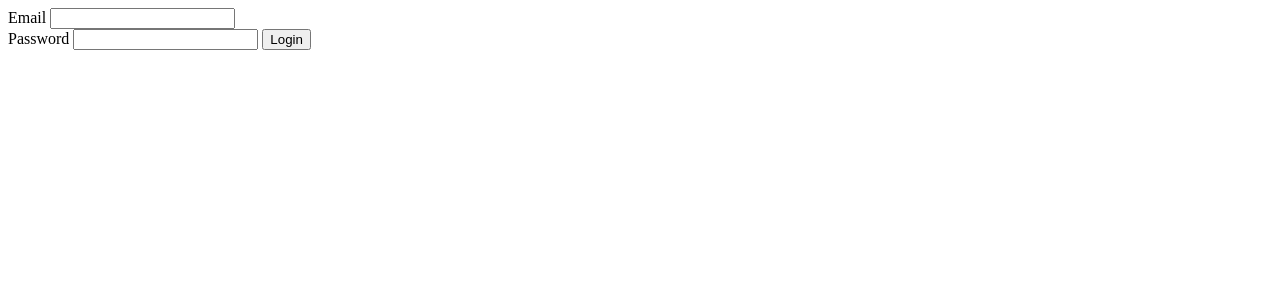
Repository: sachinkolhe43/dmc_code
Page: adt__/VendorNAdmin/src/main/resources/static/login.html
These files come from the project's save history. The page is drawn as it stood at one moment and after the next save; the edit follows.
The browser window is 1280 px wide. The pictures show the whole page.

Above is the page before, as saved 2023-05-28 07:10:59.

### adt__/VendorNAdmin/src/main/resources/static/login.html
<!DOCTYPE html>
<html>
<head>
<meta charset="UTF-8">
<title>Insert title here</title>
</head>
<body>
<form action="login" method="post">
Email <input type="text" name="email"><br>
Password <input type="password" name="password">
<button type="submit">Login</button>
</form>
</body>
</html>

After the next save:
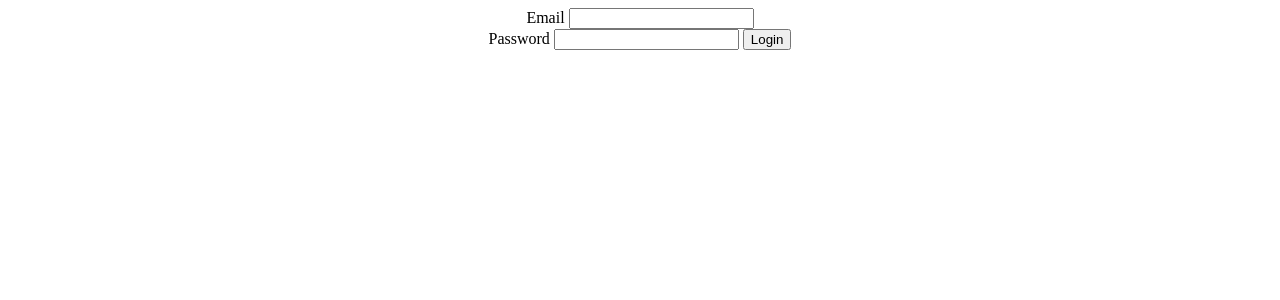
Saved 2 min 42 s later.
--- a/adt__/VendorNAdmin/src/main/resources/static/login.html
+++ b/adt__/VendorNAdmin/src/main/resources/static/login.html
@@ -5,10 +5,12 @@
 <title>Insert title here</title>
 </head>
 <body>
+<div align="center" border="1" width="50%">
 <form action="login" method="post">
 Email <input type="text" name="email"><br>
 Password <input type="password" name="password">
 <button type="submit">Login</button>
 </form>
+</div>
 </body>
 </html>
